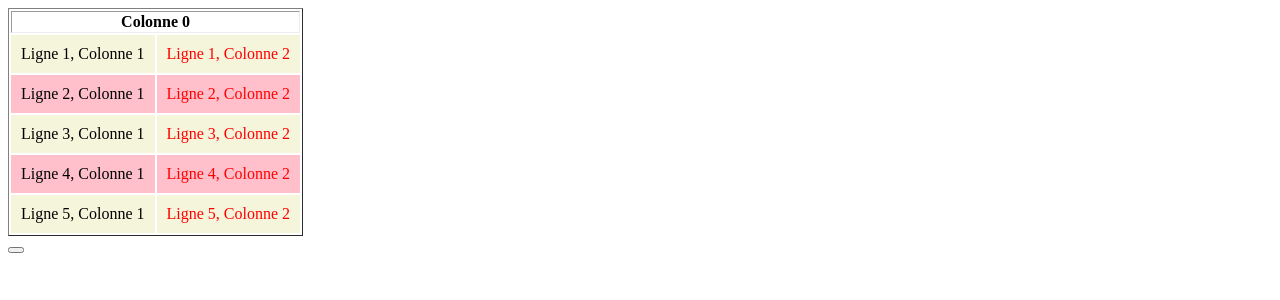
Repository: Chaimaa482/web-tp4
Page: ex1.html
The author's editor kept a copy of each file at every save. The page is drawn from the files as they stood at one save, then again after the next save.
The browser window is 1280 px wide. The pictures show the whole page.

Above is the page before, as saved 2023-10-29 14:34:55.

### ex1.html
<!DOCTYPE html>
<html>
<style>
</style>
<body>
    <table border="1">
        <tr>
            <th>Colonne 0</th>
            <th>Colonne 0</th>
        </tr>
        <tr>
            <td>Ligne 1, Colonne 1</td>
            <td>Ligne 1, Colonne 2</td>
        </tr>
        <tr>
            <td>Ligne 2, Colonne 1</td>
            <td>Ligne 2, Colonne 2</td>
        </tr>
        <tr>
            <td>Ligne 3, Colonne 1</td>
            <td>Ligne 3, Colonne 2</td>
        </tr>
        <tr>
            <td>Ligne 4, Colonne 1</td>
            <td>Ligne 4, Colonne 2</td>
        </tr>
        <tr>
            <td>Ligne 5, Colonne 1</td>
            <td>Ligne 5, Colonne 2</td>
        </tr>
    </table>
    <button></button>

    <script>
        var table = document.getElementsByTagName('table');
        var cells = document.getElementsByTagName("td");
        // Donner une couleur de fond rose aux lignes paires et beige aux lignes impaires
        var rows = document.querySelectorAll("tr");
        for (var i = 1; i < rows.length; i++) {
            if (i % 2 === 0) {
                rows[i].style.backgroundColor = "pink";
            } else {
                rows[i].style.backgroundColor = "beige";
            }
        }

        // Donner une classe col1 aux colonnes paires et col2 aux colonnes impaires
        for (var i = 0; i < cells.length; i++) {
            if (i % 2 === 0) {
                cells[i].style.color= 'black';
            } else {
                cells[i].style.color= 'red';
            }
        }
        //fusionner la premiere line
        var row = document.querySelector('table tr:first-child');
        row.cells[0].colSpan=2;
        row.removeChild(row.cells[1]);


        //delete bordure
        rows[0].style.border = "none";
        for (var i = 0; i < cells.length; i++) {
            cells[i].style.border = "none";
            cells[i].style.padding='10px'
        }

    </script>
</body>
</html>

After the next save:
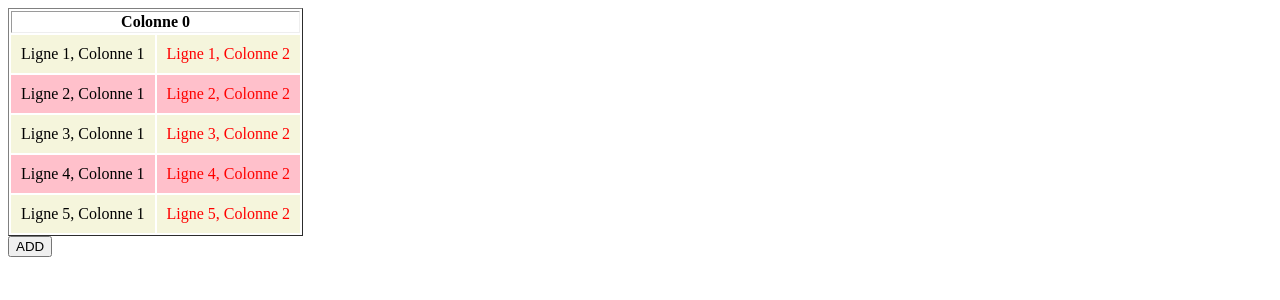
Saved 7 s later.
--- a/ex1.html
+++ b/ex1.html
@@ -29,7 +29,7 @@
             <td>Ligne 5, Colonne 2</td>
         </tr>
     </table>
-    <button></button>
+    <button>ADD</button>
 
     <script>
         var table = document.getElementsByTagName('table');
